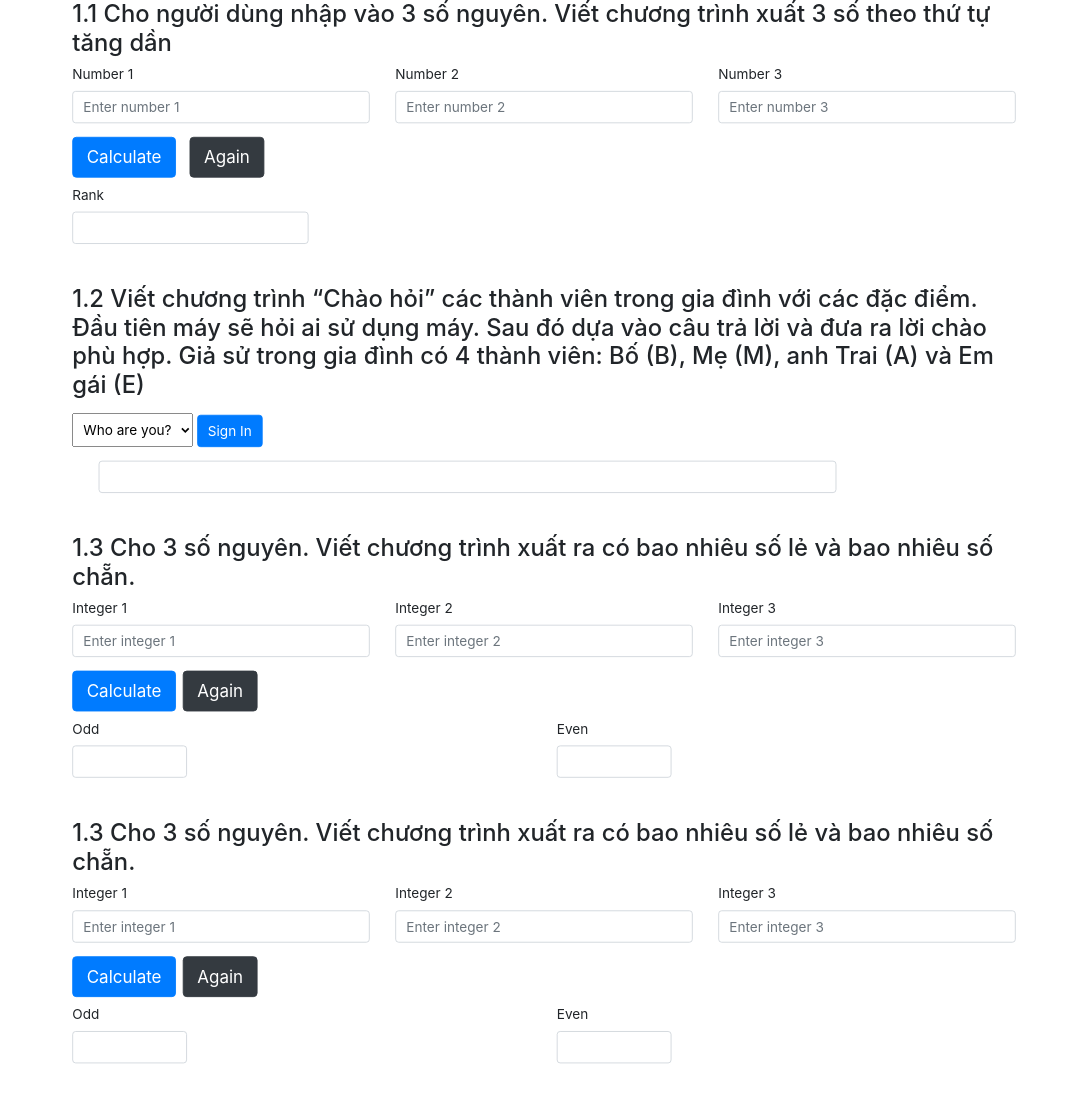
Repository: baobaodeveloper/bootscamp21__jsbasic__HuynhAnhBao
Page: index.html
An editor plug-in stored every save of this project. The page is shown before and after the next save, followed by the edit.
The browser window is 1280 px wide. The pictures show the whole page, at 85% of full size.

Above is the page before, as saved 2022-03-10 19:20:44.

### index.html
<!DOCTYPE html>
<html lang="en">
  <head>
    <title>javaScript basic</title>
    <!-- Required meta tags -->
    <meta charset="utf-8" />
    <meta
      name="viewport"
      content="width=device-width, initial-scale=1, shrink-to-fit=no"
    />

    <!-- Bootstrap CSS -->
    <link
      rel="stylesheet"
      href="https://stackpath.bootstrapcdn.com/bootstrap/4.3.1/css/bootstrap.min.css"
      integrity="sha384-ggOyR0iXCbMQv3Xipma34MD+dH/1fQ784/j6cY/iJTQUOhcWr7x9JvoRxT2MZw1T"
      crossorigin="anonymous"
    />
  </head>
  <body>
    <!-- Cho người dùng nhập vào 3 số nguyên. Viết chương trình xuất 3 số theo thứ tự tăng dần -->
    <div class="container mb-xl-5">
      <h3>
        1.1 Cho người dùng nhập vào 3 số nguyên. Viết chương trình xuất 3 số
        theo thứ tự tăng dần
      </h3>

      <div class="row">
        <div class="col">
          <label class="form-label">Number 1</label>
          <input
            type="text"
            class="form-control num1"
            placeholder="Enter number 1"
          />
        </div>
        <div class="col">
          <label class="form-label">Number 2</label>
          <input
            type="number"
            class="form-control num2"
            placeholder="Enter number 2"
          />
        </div>
        <div class="col">
          <label class="form-label">Number 3</label>
          <input
            type="number"
            class="form-control num3"
            placeholder="Enter number 3"
          />
        </div>
      </div>

      <div class="d-flex">
        <button
          type="button "
          class="btn btn-primary btn-lg mt-3 mb-2 btn-rank mr-3"
        >
          Calculate
        </button>

        <button
          type="button "
          class="btn btn-dark btn-lg mt-3 mb-2 btn-again-rank"
        >
          Again
        </button>
      </div>

      <div class="mt-3 m-auto">
        <label class="form-label">Rank</label>
        <input type="text" class="form-control w-25 result1" />
      </div>
    </div>

    <!-- Viết chương trình “Chào hỏi” các thành viên trong gia đình với các đặc điểm. Đầu tiên máy
    sẽ hỏi ai sử dụng máy. Sau đó dựa vào câu trả lời và đưa ra lời chào phù hợp. Giả sử trong
    gia đình có 4 thành viên: Bố (B), Mẹ (M), anh Trai (A) và Em gái (E) -->
    <div class="container mb-5">
      <h3 class="mb-3">
        1.2 Viết chương trình “Chào hỏi” các thành viên trong gia đình với các
        đặc điểm. Đầu tiên máy sẽ hỏi ai sử dụng máy. Sau đó dựa vào câu trả lời
        và đưa ra lời chào phù hợp. Giả sử trong gia đình có 4 thành viên: Bố
        (B), Mẹ (M), anh Trai (A) và Em gái (E)
      </h3>

      <select class="form-select p-2" aria-label="Default select example">
        <option selected>Who are you?</option>
        <option value="M">M</option>
        <option value="B">B</option>
        <option value="A">A</option>
        <option value="E">E</option>
      </select>

      <button type="button" class="btn btn-primary btn-sign-in">Sign In</button>

      <div class="m-3 row">
        <div class="col-sm-10">
          <input
            type="text"
            class="form-control output-sign-in"
            id="inputPassword"
          />
        </div>
      </div>
    </div>

    <!--  1.3 Cho 3 số nguyên. Viết chương trình xuất ra có bao nhiêu số lẻ và bao nhiêu số chẵn.-->
    <div class="container mb-xl-5">
      <h3>
        1.3 Cho 3 số nguyên. Viết chương trình xuất ra có bao nhiêu số lẻ và bao
        nhiêu số chẵn.
      </h3>

      <div class="row">
        <div class="col">
          <label class="form-label">Integer 1</label>
          <input
            type="text"
            class="form-control integer1"
            placeholder="Enter integer 1"
          />
        </div>
        <div class="col">
          <label class="form-label">Integer 2</label>
          <input
            type="number"
            class="form-control integer2"
            placeholder="Enter integer 2"
          />
        </div>
        <div class="col">
          <label class="form-label">Integer 3</label>
          <input
            type="number"
            class="form-control integer3"
            placeholder="Enter integer 3"
          />
        </div>
      </div>

      <div class="d-flex">
        <button
          type="button"
          class="btn btn-primary btn-lg mt-3 mb-2 btn-integer mr-2"
        >
          Calculate
        </button>

        <button
          type="button "
          class="btn btn-light btn-lg mt-3 mb-2 btn-dark btn-again-integer"
        >
          Again
        </button>
      </div>

      <div class="row">
        <div class="mt-3 m-auto col">
          <label class="form-label">Odd</label>
          <input type="text" class="form-control w-25 outputOdd" />
        </div>
        <div class="mt-3 m-auto col">
          <label class="form-label">Even</label>
          <input type="text" class="form-control w-25 outputEven" />
        </div>
      </div>
    </div>

    <!--Viết chương trình cho nhập 3 cạnh của tam giác. Hãy cho biết đó là tam giác gì?-->

    <div class="container mb-xl-5">
      <h3>
        1.3 Cho 3 số nguyên. Viết chương trình xuất ra có bao nhiêu số lẻ và bao
        nhiêu số chẵn.
      </h3>

      <div class="row">
        <div class="col">
          <label class="form-label">Integer 1</label>
          <input
            type="text"
            class="form-control integer1"
            placeholder="Enter integer 1"
          />
        </div>
        <div class="col">
          <label class="form-label">Integer 2</label>
          <input
            type="number"
            class="form-control integer2"
            placeholder="Enter integer 2"
          />
        </div>
        <div class="col">
          <label class="form-label">Integer 3</label>
          <input
            type="number"
            class="form-control integer3"
            placeholder="Enter integer 3"
          />
        </div>
      </div>

      <div class="d-flex">
        <button
          type="button"
          class="btn btn-primary btn-lg mt-3 mb-2 btn-integer mr-2"
        >
          Calculate
        </button>

        <button
          type="button "
          class="btn btn-light btn-lg mt-3 mb-2 btn-dark btn-again-integer"
        >
          Again
        </button>
      </div>

      <div class="row">
        <div class="mt-3 m-auto col">
          <label class="form-label">Odd</label>
          <input type="text" class="form-control w-25 outputOdd" />
        </div>
        <div class="mt-3 m-auto col">
          <label class="form-label">Even</label>
          <input type="text" class="form-control w-25 outputEven" />
        </div>
      </div>
    </div>

    <!-- Optional JavaScript -->
    <!-- jQuery first, then Popper.js, then Bootstrap JS -->
    <script
      src="https://code.jquery.com/jquery-3.3.1.slim.min.js"
      integrity="sha384-q8i/X+965DzO0rT7abK41JStQIAqVgRVzpbzo5smXKp4YfRvH+8abtTE1Pi6jizo"
      crossorigin="anonymous"
    ></script>
    <script
      src="https://cdnjs.cloudflare.com/ajax/libs/popper.js/1.14.7/umd/popper.min.js"
      integrity="sha384-UO2eT0CpHqdSJQ6hJty5KVphtPhzWj9WO1clHTMGa3JDZwrnQq4sF86dIHNDz0W1"
      crossorigin="anonymous"
    ></script>
    <script
      src="https://stackpath.bootstrapcdn.com/bootstrap/4.3.1/js/bootstrap.min.js"
      integrity="sha384-JjSmVgyd0p3pXB1rRibZUAYoIIy6OrQ6VrjIEaFf/nJGzIxFDsf4x0xIM+B07jRM"
      crossorigin="anonymous"
    ></script>

    <!-- <script src="exercise1.js"></script> -->
    <!-- <script src="exercise2.js"></script> -->
    <!-- <script src="exercise3.js"></script> -->
    <script src="exercise4.js"></script>
  </body>
</html>

Loaded but not shown: exercise4.js (no stored copy; drawn as an empty file)

After the next save:
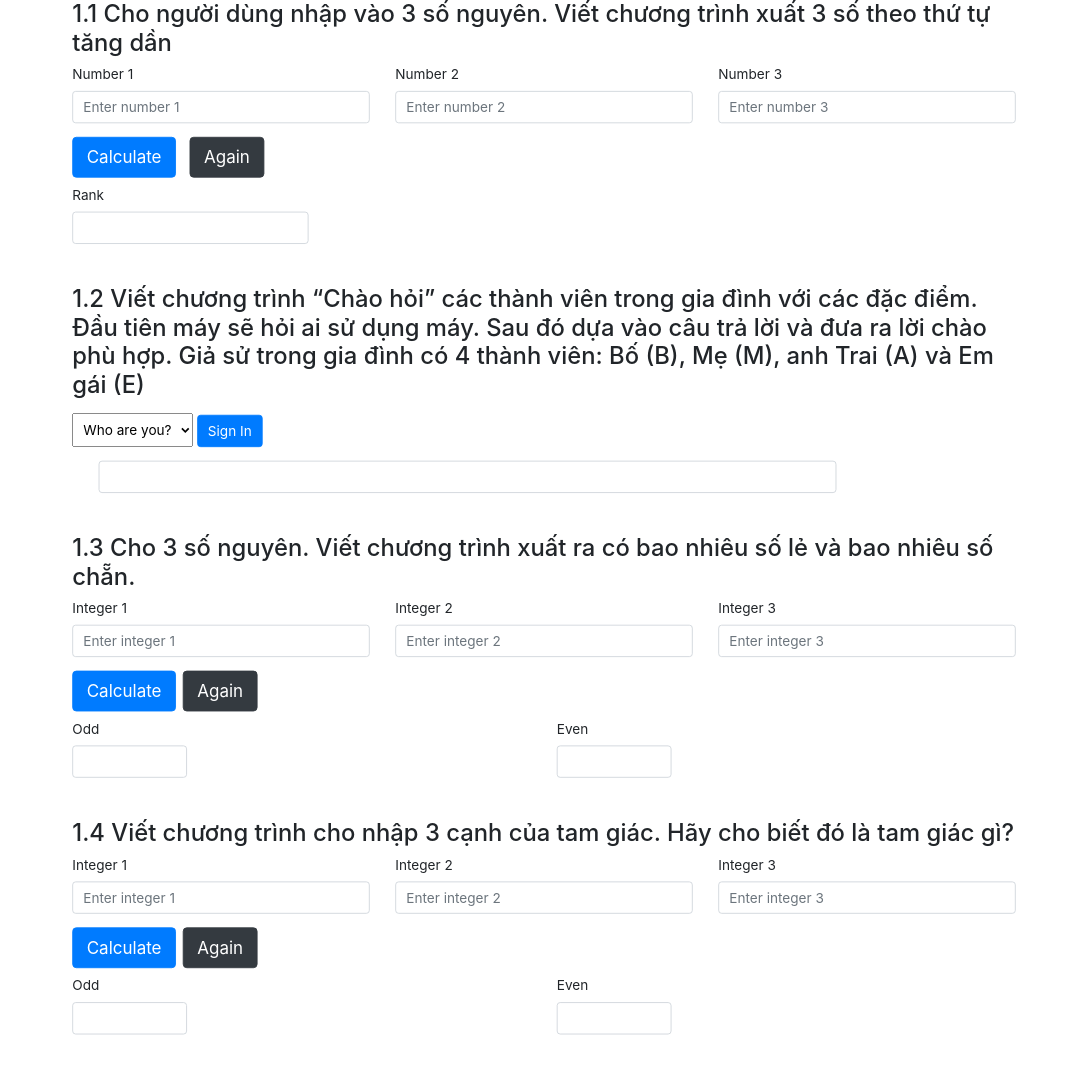
Saved 3 min 17 s later.
--- a/index.html
+++ b/index.html
@@ -172,8 +172,8 @@
 
     <div class="container mb-xl-5">
       <h3>
-        1.3 Cho 3 số nguyên. Viết chương trình xuất ra có bao nhiêu số lẻ và bao
-        nhiêu số chẵn.
+        1.4 Viết chương trình cho nhập 3 cạnh của tam giác. Hãy cho biết đó là
+        tam giác gì?
       </h3>
 
       <div class="row">
